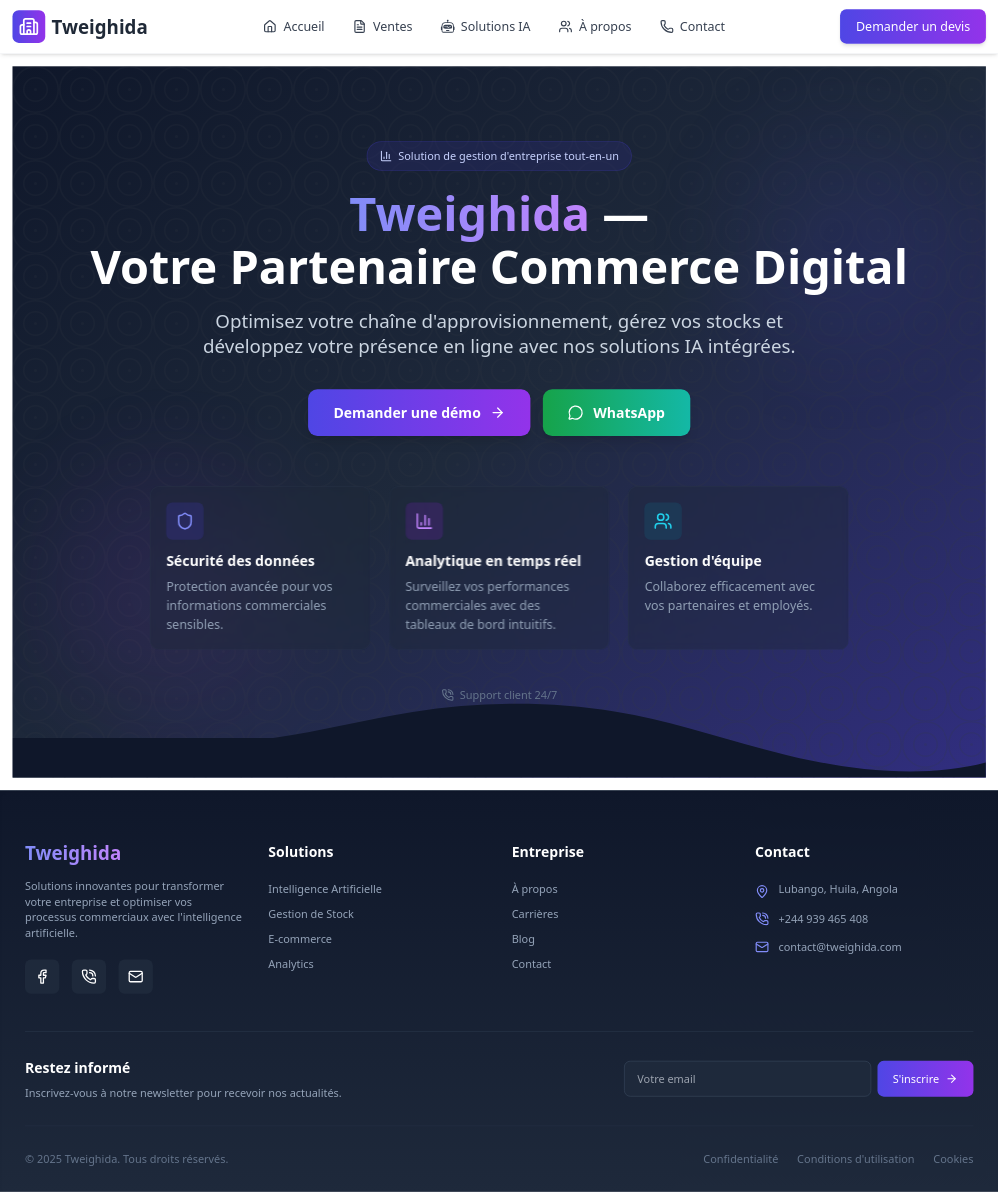
Repository: lamatmed/Tweighida
Page: /
These files come from the project's save history. The page is drawn as it stood at one moment and after the next save; the edit follows.
The browser window is 1280 px wide. The pictures show the whole page, at 78% of full size.
The project was rebuilt for these pictures with package versions that can differ from the ones it lists, and the page was loaded fresh each time. The framework's server and built-in components were replaced by stand-ins that run in the browser. Also part of the build but not shown: next.config.mjs.

Above is the page before, as saved 2025-09-07 14:49:37.

### src/app/layout.tsx
import type { Metadata } from "next"
import Navbar from "./components/Navbar";
import Footer from "./components/Footer";
import '../styles/globals.css'
export const metadata: Metadata = {
  title: "Tweighida comercial LDA",
  description: "App de notes comme archive",
  icons: {
    icon: "/R.png", // Remplace par le chemin de ton icône
    shortcut: "/logo.png",
    apple: "/logo.png",
  },
};

export default function RootLayout({
  children,
}: Readonly<{
  children: React.ReactNode
}>) {
  return (
    <html lang="en">
      <head>
      <link
        href="https://fonts.googleapis.com/icon?family=Material+Icons"
        rel="stylesheet"
      />
      </head>
      <body>  <div className="flex flex-col min-h-screen">
      <Navbar />
      <main className="flex-grow p-4">{children}</main>
      <Footer />
    </div></body>
    </html>
  );
}

### src/app/page.tsx
import Hero from "./components/Hero";

export default function Home() {
  return (
    <Hero />
  )
}

### src/app/components/Navbar.tsx
'use client'
import { useState } from "react";
import { FileText, Home, Info, Menu, X, Building2, Users, Phone } from "lucide-react";
import { motion, AnimatePresence } from "framer-motion";
import { BsRobot } from "react-icons/bs";

export default function Navbar() {
  const [isOpen, setIsOpen] = useState(false);

  return (
    <nav className="sticky top-0 z-50 bg-white shadow-md border-b border-gray-100">
      <div className="max-w-7xl mx-auto flex justify-between items-center px-4 py-3">
        <div className="flex items-center gap-3">
          <motion.div
            whileHover={{ scale: 1.05 }}
            transition={{ type: "spring", stiffness: 400, damping: 10 }}
            className="flex items-center gap-2"
          >
            <div className="bg-gradient-to-r from-indigo-600 to-purple-600 p-2 rounded-lg">
              <Building2 size={26} className="text-white" />
            </div>
            <span className="text-2xl font-bold text-gray-800">Tweighida</span>
          </motion.div>
        </div>

        {/* Menu Desktop */}
        <ul className="hidden lg:flex space-x-1">
          <li>
            <a href="/" className="px-4 py-2 rounded-lg font-medium text-gray-700 hover:text-indigo-600 hover:bg-indigo-50 transition-all flex items-center gap-2">
              <Home size={18} /> Accueil
            </a>
          </li>
          <li>
            <a href="/notes" className="px-4 py-2 rounded-lg font-medium text-gray-700 hover:text-indigo-600 hover:bg-indigo-50 transition-all flex items-center gap-2">
              <FileText size={18} /> Ventes
            </a>
          </li>
          <li>
            <a href="/chat" className="px-4 py-2 rounded-lg font-medium text-gray-700 hover:text-indigo-600 hover:bg-indigo-50 transition-all flex items-center gap-2">
              <BsRobot size={18} /> Solutions IA
            </a>
          </li>
          <li>
            <a href="/about" className="px-4 py-2 rounded-lg font-medium text-gray-700 hover:text-indigo-600 hover:bg-indigo-50 transition-all flex items-center gap-2">
              <Users size={18} /> À propos
            </a>
          </li>
          <li>
            <a href="/contact" className="px-4 py-2 rounded-lg font-medium text-gray-700 hover:text-indigo-600 hover:bg-indigo-50 transition-all flex items-center gap-2">
              <Phone size={18} /> Contact
            </a>
          </li>
        </ul>

        {/* CTA Button */}
        <div className="hidden lg:flex">
          <motion.button
            whileHover={{ scale: 1.03 }}
            whileTap={{ scale: 0.98 }}
            className="bg-gradient-to-r from-indigo-600 to-purple-600 text-white px-5 py-2.5 rounded-lg font-medium shadow-md hover:shadow-lg transition-shadow"
          >
            Demander un devis
          </motion.button>
        </div>

        {/* Bouton Menu pour mobile */}
        <button
          className="lg:hidden block focus:outline-none p-2 rounded-lg hover:bg-gray-100 transition-colors"
          onClick={() => setIsOpen(!isOpen)}
          aria-label="Ouvrir le menu"
        >
          {isOpen ? <X size={24} className="text-gray-700" /> : <Menu size={24} className="text-gray-700" />}
        </button>
      </div>

      {/* Menu Mobile */}
      <AnimatePresence>
        {isOpen && (
          <motion.div
            initial={{ opacity: 0, height: 0 }}
            animate={{ opacity: 1, height: "auto" }}
            exit={{ opacity: 0, height: 0 }}
            transition={{ duration: 0.2 }}
            className="lg:hidden bg-white shadow-xl border-t border-gray-100 overflow-hidden"
          >
            <ul className="flex flex-col py-3 px-4 space-y-2">
              <li>
                <a href="/" className="flex items-center gap-3 px-4 py-3 rounded-lg font-medium text-gray-700 hover:text-indigo-600 hover:bg-indigo-50 transition-all">
                  <Home size={20} /> Accueil
                </a>
              </li>
              <li>
                <a href="/notes" className="flex items-center gap-3 px-4 py-3 rounded-lg font-medium text-gray-700 hover:text-indigo-600 hover:bg-indigo-50 transition-all">
                  <FileText size={20} /> Ventes
                </a>
              </li>
              <li>
                <a href="/chat" className="flex items-center gap-3 px-4 py-3 rounded-lg font-medium text-gray-700 hover:text-indigo-600 hover:bg-indigo-50 transition-all">
                  <BsRobot size={20} /> Solutions IA
                </a>
              </li>
              <li>
                <a href="/about" className="flex items-center gap-3 px-4 py-3 rounded-lg font-medium text-gray-700 hover:text-indigo-600 hover:bg-indigo-50 transition-all">
                  <Users size={20} /> À propos
                </a>
              </li>
              <li>
                <a href="/contact" className="flex items-center gap-3 px-4 py-3 rounded-lg font-medium text-gray-700 hover:text-indigo-600 hover:bg-indigo-50 transition-all">
                  <Phone size={20} /> Contact
                </a>
              </li>
              <li className="pt-2 border-t border-gray-100 mt-2">
                <button className="w-full bg-gradient-to-r from-indigo-600 to-purple-600 text-white px-4 py-3 rounded-lg font-medium shadow-md">
                  Demander un devis
                </button>
              </li>
            </ul>
          </motion.div>
        )}
      </AnimatePresence>
    </nav>
  );
}

### src/app/components/Hero.tsx
'use client';
import { useState, useEffect } from "react";
import Loader from "./Loader";
import { motion } from "framer-motion";
import { ArrowRight, Play, MessageCircle, BarChart3, Shield, Users, PhoneCall } from "lucide-react";

export default function Hero() {
  const [loading, setLoading] = useState(true);

  useEffect(() => {
    const timer = setTimeout(() => {
      setLoading(false);
    }, 1000);
    return () => clearTimeout(timer);
  }, []);

  if (loading) {
    return <Loader />;
  }

  return (
    <section className="relative w-full min-h-screen flex items-center justify-center text-center bg-gradient-to-br from-slate-900 via-slate-800 to-indigo-900 text-white px-4 overflow-hidden">
      {/* Background pattern */}
      <div className="absolute inset-0 bg-[url('data:[embedded picture, 342 characters]')] opacity-20 z-0"></div>

      {/* Decorative elements */}
      <div className="absolute top-20 right-10 w-72 h-72 bg-indigo-600 opacity-10 rounded-full blur-3xl" aria-hidden="true" />
      <div className="absolute bottom-20 left-10 w-80 h-80 bg-purple-600 opacity-10 rounded-full blur-3xl" aria-hidden="true" />

      <div className="w-full max-w-6xl px-6 py-16 md:py-24 z-10">
        <motion.div
          className="inline-flex items-center gap-2 bg-indigo-900/30 border border-indigo-700/30 rounded-full px-4 py-2 mb-6 text-sm text-indigo-200"
          initial={{ y: -10, opacity: 0 }}
          animate={{ y: 0, opacity: 1 }}
          transition={{ duration: 0.6, ease: 'easeOut' }}
        >
          <BarChart3 size={16} />
          <span>Solution de gestion d'entreprise tout-en-un</span>
        </motion.div>

        <motion.h1
          className="text-4xl sm:text-5xl md:text-6xl font-bold mb-6 leading-tight"
          initial={{ y: -10, opacity: 0 }}
          animate={{ y: 0, opacity: 1 }}
          transition={{ duration: 0.8, ease: 'easeInOut' }}
        >
          <span className="bg-gradient-to-r from-indigo-400 to-purple-400 bg-clip-text text-transparent">Tweighida</span> —
          <div className="mt-2">Votre Partenaire Commerce Digital</div>
        </motion.h1>

        <motion.p
          className="text-lg sm:text-xl md:text-2xl mb-10 max-w-3xl mx-auto text-slate-300 font-light"
          initial={{ y: 10, opacity: 0 }}
          animate={{ y: 0, opacity: 1 }}
          transition={{ duration: 1, delay: 0.2, ease: 'easeInOut' }}
        >
          Optimisez votre chaîne d'approvisionnement, gérez vos stocks et développez votre présence en ligne avec nos solutions IA intégrées.
        </motion.p>

        <div className="flex flex-col sm:flex-row gap-4 justify-center mb-16">
          <motion.a
            href="/demo"
            className="px-8 py-4 text-lg font-semibold bg-gradient-to-r from-indigo-600 to-purple-600 text-white rounded-xl shadow-lg hover:shadow-xl transition-all flex items-center justify-center gap-3 group"
            whileHover={{ scale: 1.03 }}
            whileTap={{ scale: 0.98 }}
          >
            Demander une démo <ArrowRight size={20} className="group-hover:translate-x-1 transition-transform" />
          </motion.a>

          <motion.a
            href="https://wa.me/244934808438"
            target="_blank"
            rel="noopener noreferrer"
            className="px-8 py-4 text-lg font-semibold bg-gradient-to-r from-green-600 to-teal-500 text-white rounded-xl shadow-lg hover:shadow-xl transition-all flex items-center justify-center gap-3 group"
            whileHover={{ scale: 1.03 }}
            whileTap={{ scale: 0.98 }}
          >
            <MessageCircle size={20} /> WhatsApp
          </motion.a>
        </div>

        {/* Features highlights */}
        <motion.div
          className="grid grid-cols-1 md:grid-cols-3 gap-6 max-w-4xl mx-auto text-left mb-12"
          initial={{ opacity: 0, y: 20 }}
          animate={{ opacity: 1, y: 0 }}
          transition={{ delay: 0.4, duration: 0.7 }}
        >
          <div className="bg-slate-800/40 backdrop-blur-sm p-5 rounded-xl border border-slate-700/30">
            <div className="bg-indigo-700/20 p-3 rounded-lg inline-flex mb-3">
              <Shield size={24} className="text-indigo-400" />
            </div>
            <h3 className="font-semibold text-lg mb-2">Sécurité des données</h3>
            <p className="text-slate-400">Protection avancée pour vos informations commerciales sensibles.</p>
          </div>

          <div className="bg-slate-800/40 backdrop-blur-sm p-5 rounded-xl border border-slate-700/30">
            <div className="bg-purple-700/20 p-3 rounded-lg inline-flex mb-3">
              <BarChart3 size={24} className="text-purple-400" />
            </div>
            <h3 className="font-semibold text-lg mb-2">Analytique en temps réel</h3>
            <p className="text-slate-400">Surveillez vos performances commerciales avec des tableaux de bord intuitifs.</p>
          </div>

          <div className="bg-slate-800/40 backdrop-blur-sm p-5 rounded-xl border border-slate-700/30">
            <div className="bg-cyan-700/20 p-3 rounded-lg inline-flex mb-3">
              <Users size={24} className="text-cyan-400" />
            </div>
            <h3 className="font-semibold text-lg mb-2">Gestion d'équipe</h3>
            <p className="text-slate-400">Collaborez efficacement avec vos partenaires et employés.</p>
          </div>
        </motion.div>

        <div className="mt-6 text-sm text-slate-500">
          <span className="flex items-center justify-center gap-2">
            <PhoneCall size={16} /> Support client 24/7
          </span>
        </div>
      </div>

      {/* Bottom wave divider */}
      <div className="absolute bottom-0 left-0 w-full overflow-hidden">
        <svg
          className="relative block w-full h-16 md:h-24 text-slate-900"
          viewBox="0 0 1200 120"
          preserveAspectRatio="none"
        >
          <path d="M321.39,56.44c58-10.79,114.16-30.13,172-41.86,82.39-16.72,168.19-17.73,250.45-.39C823.78,31,906.67,72,985.66,92.83c70.05,18.48,146.53,26.09,214.34,3V120H0V56.44Z" fill="currentColor"></path>
        </svg>
      </div>
    </section>
  );
}

### src/app/components/Loader.tsx

import React from 'react';
import styled from 'styled-components';

const Loader = () => {
  return (
    <StyledWrapper>
      <div className="loader" />
    </StyledWrapper>
  );
}

const StyledWrapper = styled.div`
  .loader {
   position: relative;
   width: 2.5em;
   height: 2.5em;
   transform: rotate(165deg);
  }

  .loader:before, .loader:after {
   content: "";
   position: absolute;
   top: 50%;
   left: 50%;
   display: block;
   width: 0.5em;
   height: 0.5em;
   border-radius: 0.25em;
   transform: translate(-50%, -50%);
  }

  .loader:before {
   animation: before8 2s infinite;
  }

  .loader:after {
   animation: after6 2s infinite;
  }

  @keyframes before8 {
   0% {
    width: 0.5em;
    box-shadow: 1em -0.5em rgba(225, 20, 98, 0.75), -1em 0.5em rgba(111, 202, 220, 0.75);
   }

   35% {
    width: 2.5em;
    box-shadow: 0 -0.5em rgba(225, 20, 98, 0.75), 0 0.5em rgba(111, 202, 220, 0.75);
   }

   70% {
    width: 0.5em;
    box-shadow: -1em -0.5em rgba(225, 20, 98, 0.75), 1em 0.5em rgba(111, 202, 220, 0.75);
   }

   100% {
    box-shadow: 1em -0.5em rgba(225, 20, 98, 0.75), -1em 0.5em rgba(111, 202, 220, 0.75);
   }
  }

  @keyframes after6 {
   0% {
    height: 0.5em;
    box-shadow: 0.5em 1em rgba(61, 184, 143, 0.75), -0.5em -1em rgba(233, 169, 32, 0.75);
   }

   35% {
    height: 2.5em;
    box-shadow: 0.5em 0 rgba(61, 184, 143, 0.75), -0.5em 0 rgba(233, 169, 32, 0.75);
   }

   70% {
    height: 0.5em;
    box-shadow: 0.5em -1em rgba(61, 184, 143, 0.75), -0.5em 1em rgba(233, 169, 32, 0.75);
   }

   100% {
    box-shadow: 0.5em 1em rgba(61, 184, 143, 0.75), -0.5em -1em rgba(233, 169, 32, 0.75);
   }
  }

  .loader {
   position: absolute;
   top: calc(50% - 1.25em);
   left: calc(50% - 1.25em);
  }`;

export default Loader;

Loaded but not shown: src/styles/globals.css (common file); tailwind.config.js (13 lines, source omitted); src/app/components/Footer.tsx (135 lines, source omitted)

After the next save:
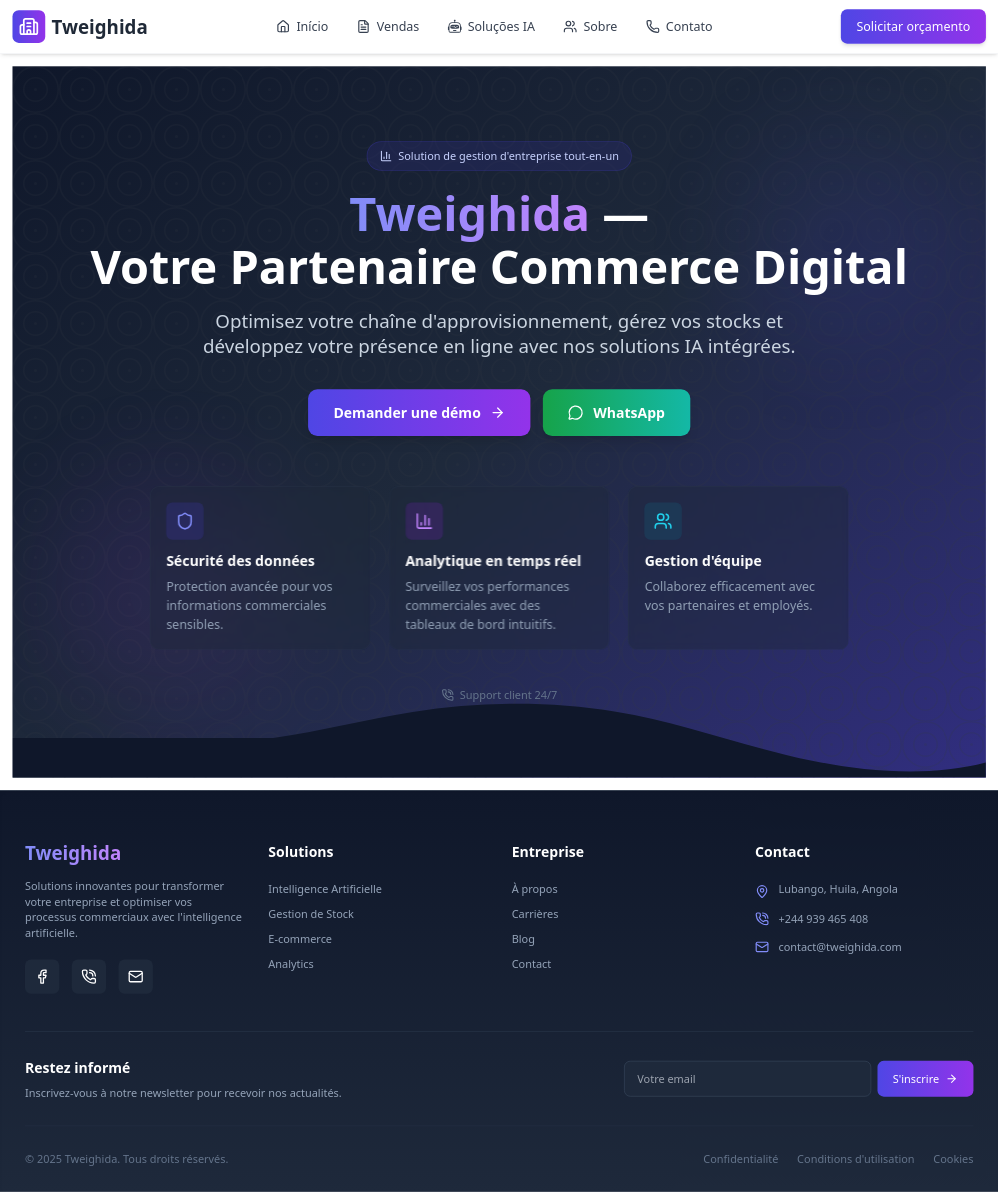
Saved 2 min 28 s later.
--- a/src/app/components/Navbar.tsx
+++ b/src/app/components/Navbar.tsx
@@ -27,27 +27,27 @@
         <ul className="hidden lg:flex space-x-1">
           <li>
             <a href="/" className="px-4 py-2 rounded-lg font-medium text-gray-700 hover:text-indigo-600 hover:bg-indigo-50 transition-all flex items-center gap-2">
-              <Home size={18} /> Accueil
+              <Home size={18} /> Início
             </a>
           </li>
           <li>
             <a href="/notes" className="px-4 py-2 rounded-lg font-medium text-gray-700 hover:text-indigo-600 hover:bg-indigo-50 transition-all flex items-center gap-2">
-              <FileText size={18} /> Ventes
+              <FileText size={18} /> Vendas
             </a>
           </li>
           <li>
             <a href="/chat" className="px-4 py-2 rounded-lg font-medium text-gray-700 hover:text-indigo-600 hover:bg-indigo-50 transition-all flex items-center gap-2">
-              <BsRobot size={18} /> Solutions IA
+              <BsRobot size={18} /> Soluções IA
             </a>
           </li>
           <li>
             <a href="/about" className="px-4 py-2 rounded-lg font-medium text-gray-700 hover:text-indigo-600 hover:bg-indigo-50 transition-all flex items-center gap-2">
-              <Users size={18} /> À propos
+              <Users size={18} /> Sobre
             </a>
           </li>
           <li>
             <a href="/contact" className="px-4 py-2 rounded-lg font-medium text-gray-700 hover:text-indigo-600 hover:bg-indigo-50 transition-all flex items-center gap-2">
-              <Phone size={18} /> Contact
+              <Phone size={18} /> Contato
             </a>
           </li>
         </ul>
@@ -59,15 +59,15 @@
             whileTap={{ scale: 0.98 }}
             className="bg-gradient-to-r from-indigo-600 to-purple-600 text-white px-5 py-2.5 rounded-lg font-medium shadow-md hover:shadow-lg transition-shadow"
           >
-            Demander un devis
+            Solicitar orçamento
           </motion.button>
         </div>
 
-        {/* Bouton Menu pour mobile */}
+        {/* Bouton Menu para mobile */}
         <button
           className="lg:hidden block focus:outline-none p-2 rounded-lg hover:bg-gray-100 transition-colors"
           onClick={() => setIsOpen(!isOpen)}
-          aria-label="Ouvrir le menu"
+          aria-label="Abrir menu"
         >
           {isOpen ? <X size={24} className="text-gray-700" /> : <Menu size={24} className="text-gray-700" />}
         </button>
@@ -86,32 +86,32 @@
             <ul className="flex flex-col py-3 px-4 space-y-2">
               <li>
                 <a href="/" className="flex items-center gap-3 px-4 py-3 rounded-lg font-medium text-gray-700 hover:text-indigo-600 hover:bg-indigo-50 transition-all">
-                  <Home size={20} /> Accueil
+                  <Home size={20} /> Início
                 </a>
               </li>
               <li>
                 <a href="/notes" className="flex items-center gap-3 px-4 py-3 rounded-lg font-medium text-gray-700 hover:text-indigo-600 hover:bg-indigo-50 transition-all">
-                  <FileText size={20} /> Ventes
+                  <FileText size={20} /> Vendas
                 </a>
               </li>
               <li>
                 <a href="/chat" className="flex items-center gap-3 px-4 py-3 rounded-lg font-medium text-gray-700 hover:text-indigo-600 hover:bg-indigo-50 transition-all">
-                  <BsRobot size={20} /> Solutions IA
+                  <BsRobot size={20} /> Soluções IA
                 </a>
               </li>
               <li>
                 <a href="/about" className="flex items-center gap-3 px-4 py-3 rounded-lg font-medium text-gray-700 hover:text-indigo-600 hover:bg-indigo-50 transition-all">
-                  <Users size={20} /> À propos
+                  <Users size={20} /> Sobre
                 </a>
               </li>
               <li>
                 <a href="/contact" className="flex items-center gap-3 px-4 py-3 rounded-lg font-medium text-gray-700 hover:text-indigo-600 hover:bg-indigo-50 transition-all">
-                  <Phone size={20} /> Contact
+                  <Phone size={20} /> Contato
                 </a>
               </li>
               <li className="pt-2 border-t border-gray-100 mt-2">
                 <button className="w-full bg-gradient-to-r from-indigo-600 to-purple-600 text-white px-4 py-3 rounded-lg font-medium shadow-md">
-                  Demander un devis
+                  Solicitar orçamento
                 </button>
               </li>
             </ul>
